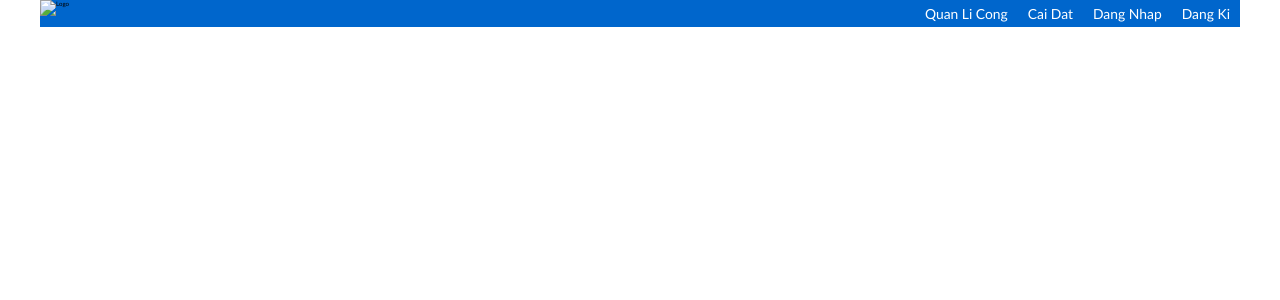
Repository: LDDUNG2003/a
Page: index.html
An editor plug-in stored every save of this project. The page is shown before and after the next save, followed by the edit.
The browser window is 1280 px wide. The pictures show the whole page.

Above is the page before, as saved 2023-10-12 14:07:37.

After the next save:
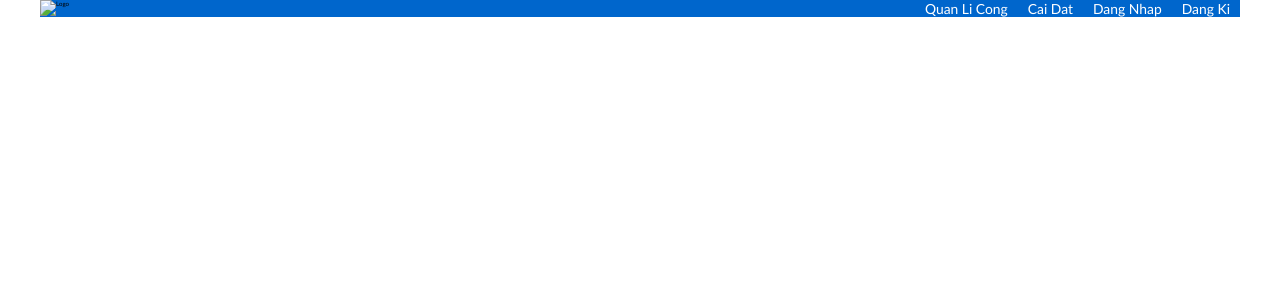
Saved 15 s later.
--- a/controlView/css/index.css
+++ b/controlView/css/index.css
@@ -21,9 +21,7 @@
     font-size: 1.6rem;
 }
 
-.navBar-list--item {
-    padding: 5px 10px;
-}
+.navBar-list--item {}
 
 .navBar-list--link:hover {
     background-color: #fff;
@@ -35,4 +33,5 @@
     font-size: 1.4rem;
     text-decoration: none;
     text-transform: capitalize;
+    padding: 5px 10px;
 }

After the save that followed:
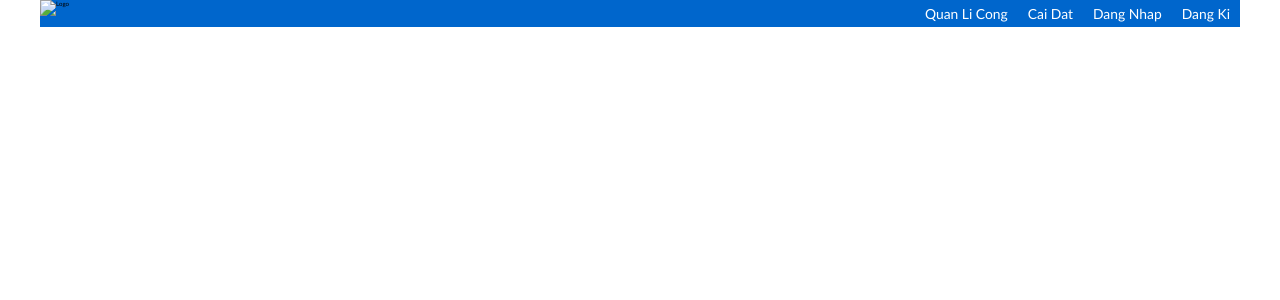
Saved 14 s later.
--- a/controlView/css/index.css
+++ b/controlView/css/index.css
@@ -34,4 +34,5 @@
     text-decoration: none;
     text-transform: capitalize;
     padding: 5px 10px;
+    display: block;
 }
